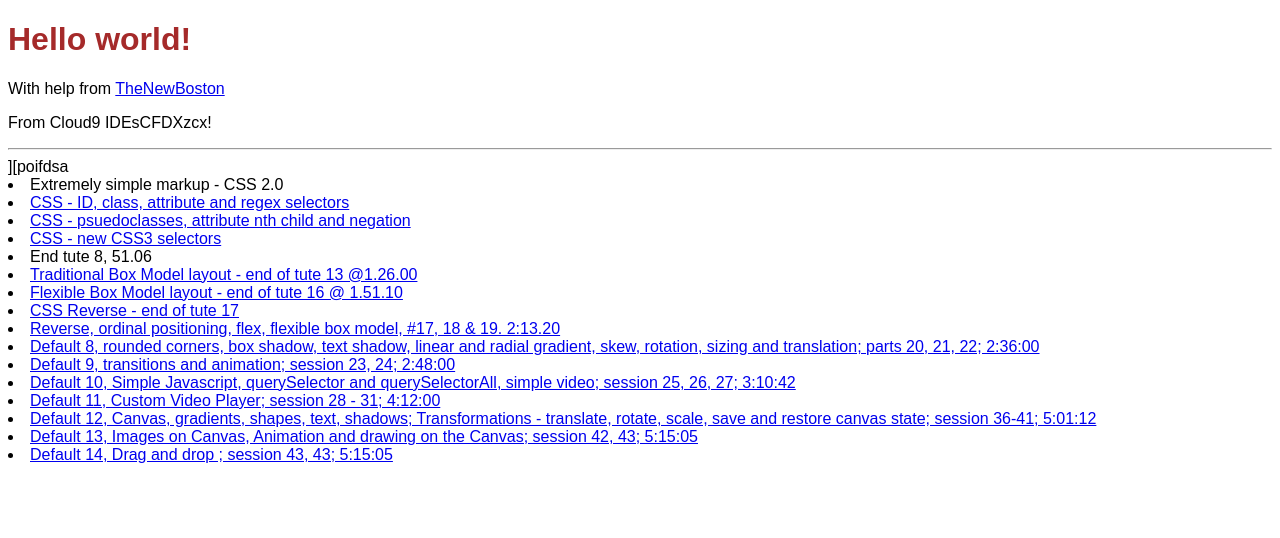
Repository: jksfoTemp/HTML5
Page: index.html
The author's editor kept a record of every edit. The page is drawn from the files as they stood at one moment, then again after the next edit.
The browser window is 1280 px wide. The pictures show the whole page.

Above is the page before.

### index.html
<!DOCTYPE html>

<html lang="en">
    <head>
        <meta charset="utf-8" />
        <title>Hello world from Cloud9!</title>
        <link rel="stylesheet" href="css/default.0.css" type="text/css"/>
    </head>

    <body>
        <header>
            <h1>Hello world!</h1>
            With help from <a href="https://www.youtube.com/watch?v=k0f9pC8b3wM">TheNewBoston</a>
            <p class="tagline"></p>
        </header>
        <hr/>

        <nav>][poifdsa
            <li><a href0="default.0.html">Extremely simple markup - CSS 2.0</a></li>
            <li><a href="default.1.html">CSS - ID, class, attribute and regex selectors</a></li>
            <li><a href="default.2.html">CSS - psuedoclasses, attribute nth child and negation </a></li>
            <li><a href="default.3.html">CSS - new CSS3 selectors </a></li>
            <li>End tute 8, 51.06</li>
            <li><a href="default.4.html">Traditional Box Model layout - end of tute 13 @1.26.00 </a></li>
            <li><a href="default.5.html">Flexible Box Model layout - end of tute 16 @ 1.51.10 </a></li>
            <li><a href="default.6.html">CSS Reverse - end of tute 17 </a></li>
            <li><a href="default.7.html">Reverse, ordinal positioning, flex, flexible box model, #17, 18 & 19. 2:13.20</a></li>
            <li><a href="default.8.html">Default 8, rounded corners, box shadow, text shadow, linear and radial gradient, skew, rotation, sizing and translation; parts 20, 21, 22; 2:36:00</a></li>
            <li><a href="default.9.html">Default 9, transitions and animation; session 23, 24; 2:48:00</a></li>
            <li><a href="default.10.html">Default 10,  Simple Javascript, querySelector and querySelectorAll, simple video; session 25, 26, 27; 3:10:42  </a></li>        </nav>
            <li><a href="default.11.html">Default 11,  Custom Video Player; session 28 - 31; 4:12:00  </a></li>
            <li><a href="default.12.html">Default 12, Canvas, gradients, shapes,
                text, shadows; Transformations - translate, rotate, scale,
                save and restore canvas state; session 36-41; 5:01:12 </a></li>
            <li><a href="default.13.html">Default 13, Images on Canvas, Animation and drawing on the Canvas;
                session 42, 43; 5:15:05</a></li>
            <li><a href="default.14.html">Default 14, Drag and drop ; session 43, 43; 5:15:05</a></li>

        </nav>

        <!-- load scripts at the bottom of your page -->
        <script src="js/site.js"></script>
    </body>
</html>

### css/default.0.css
body {
    font-family: Arial;
}

h1 {
    color: brown ;
}

### js/site.js
document.addEventListener("DOMContentLoaded", function () {
    var tagline = document.querySelector("p.tagline");
    tagline.innerText = "From Cloud9 IDEsCFDXzcx!";
});

After the next edit:
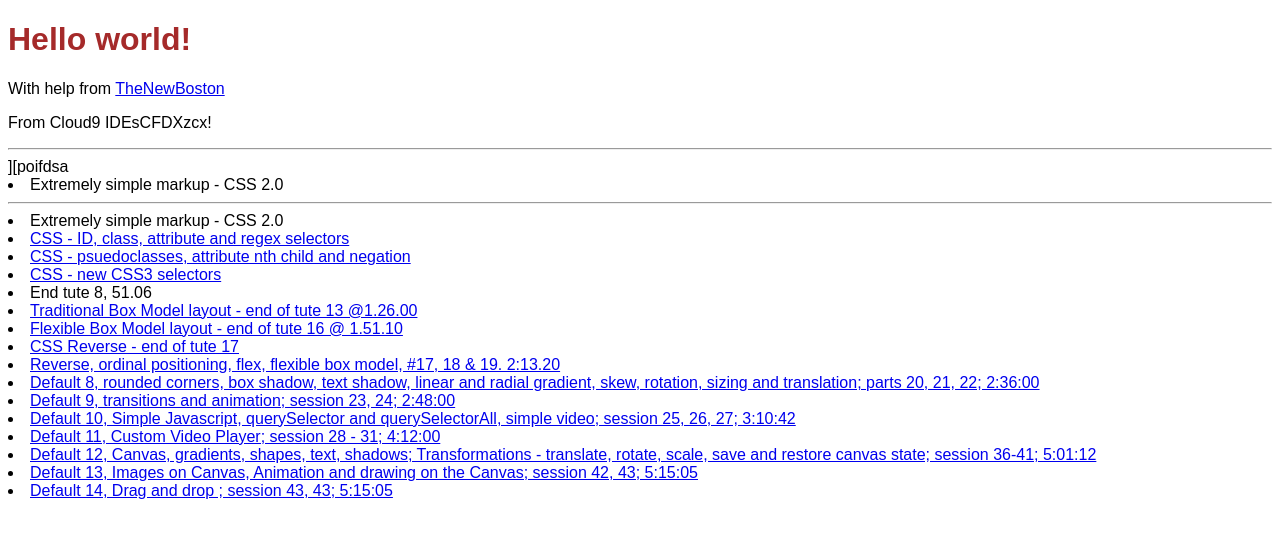
The edit:
--- a/index.html
+++ b/index.html
@@ -16,6 +16,10 @@
         <hr/>
 
         <nav>][poifdsa
+            <li><a href0="default.0.html">Extremely simple markup - CSS 2.0</a></li>
+
+            <hr/>
+
             <li><a href0="default.0.html">Extremely simple markup - CSS 2.0</a></li>
             <li><a href="default.1.html">CSS - ID, class, attribute and regex selectors</a></li>
             <li><a href="default.2.html">CSS - psuedoclasses, attribute nth child and negation </a></li>
